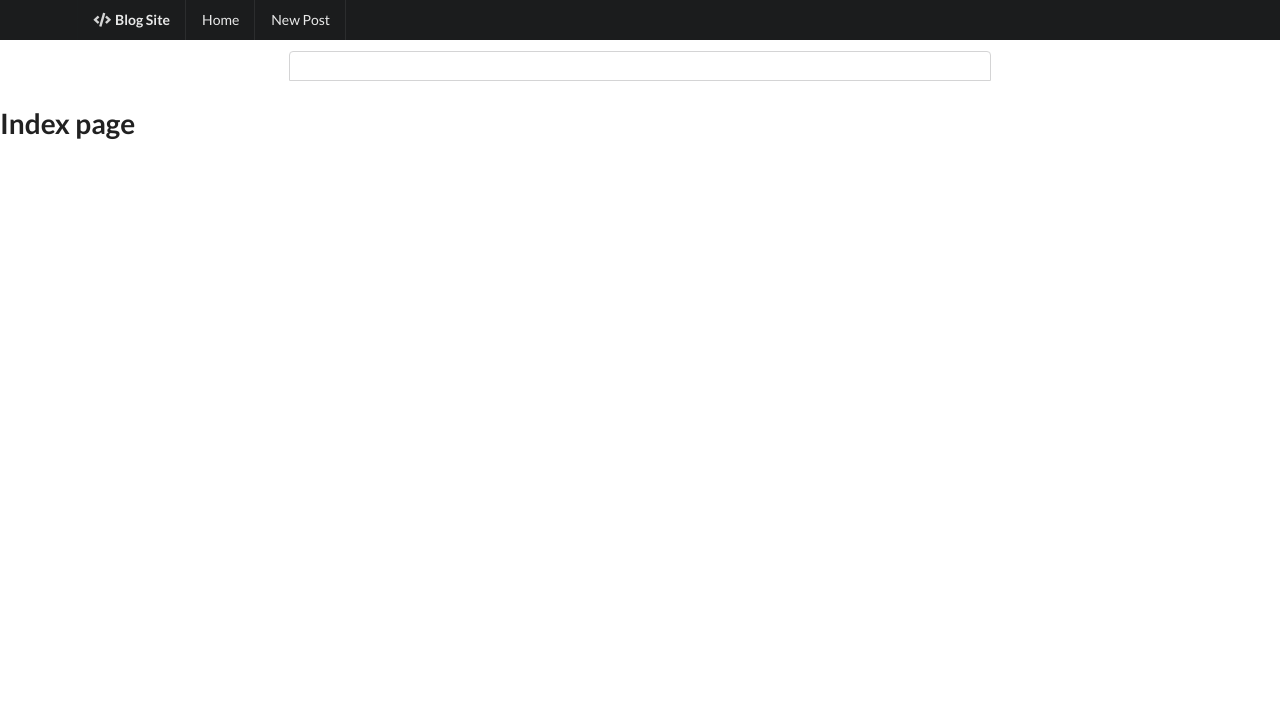
Repository: samanthi22/galvanize-6month-program
Page: http://localhost/blogs
The author's editor kept a record of every edit. The page is drawn from the files as they stood at one moment, then again after the next edit.
The browser window is 1280 px wide. The pictures show the whole page.
Some web libraries are served in a nearby version. The page is served by the project's Node server (RESTful-routing/blog/app.js). Queries for data that is not in the repository find no rows.

Above is the page before.

After the next edit:
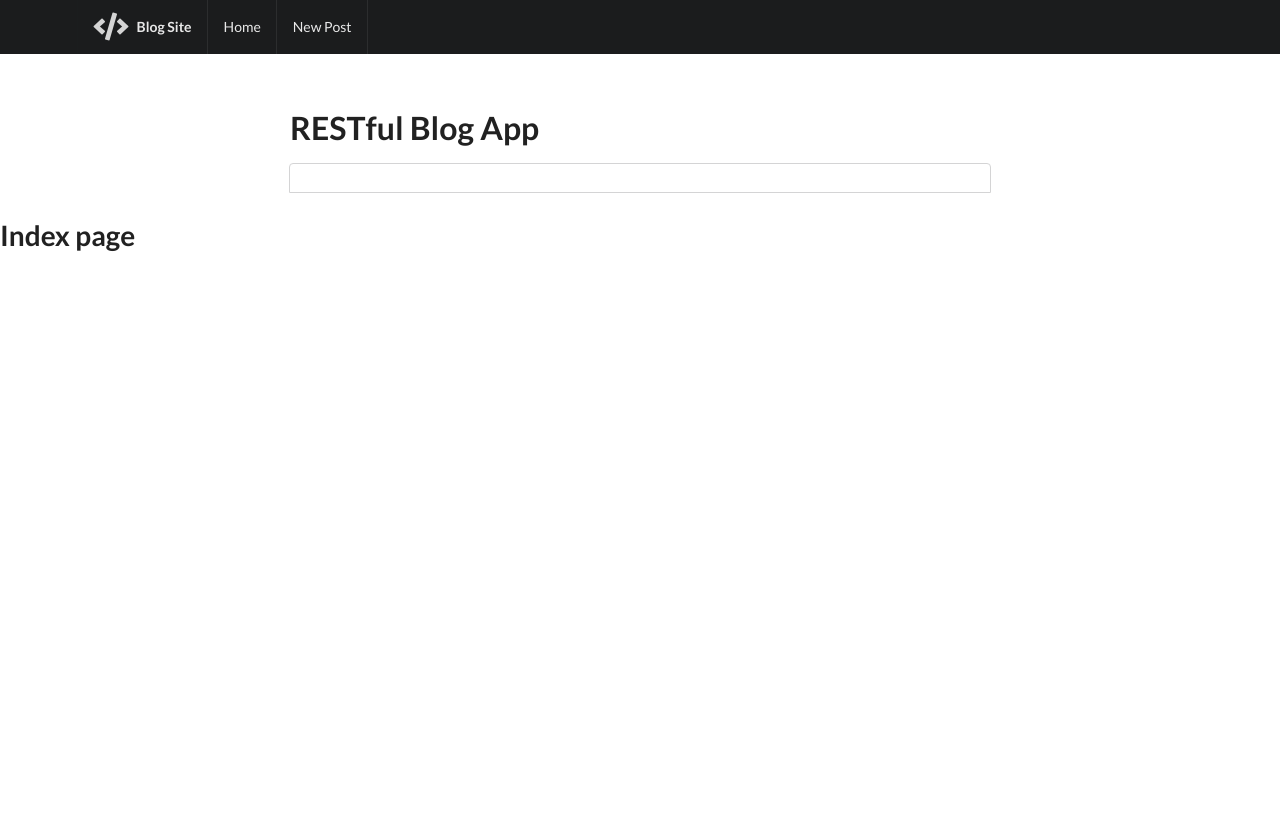
The edit:
--- a/RESTful-routing/blog/views/partials/header.ejs
+++ b/RESTful-routing/blog/views/partials/header.ejs
@@ -1,7 +1,8 @@
 <html>
     <head>
         <title> Blog App</title>
-        <link href="https://cdnjs.cloudflare.com/ajax/libs/semantic-ui/2.3.1/semantic.css" rel="stylesheet">
+        <link href="https://cdnjs.cloudflare.com/ajax/libs/semantic-ui/2.3.1/semantic.css" rel="stylesheet" type="text/css">
+        <link href="/stylesheets/app.css" rel="stylesheet" type="text/css">
     </head>
     <body>
 
